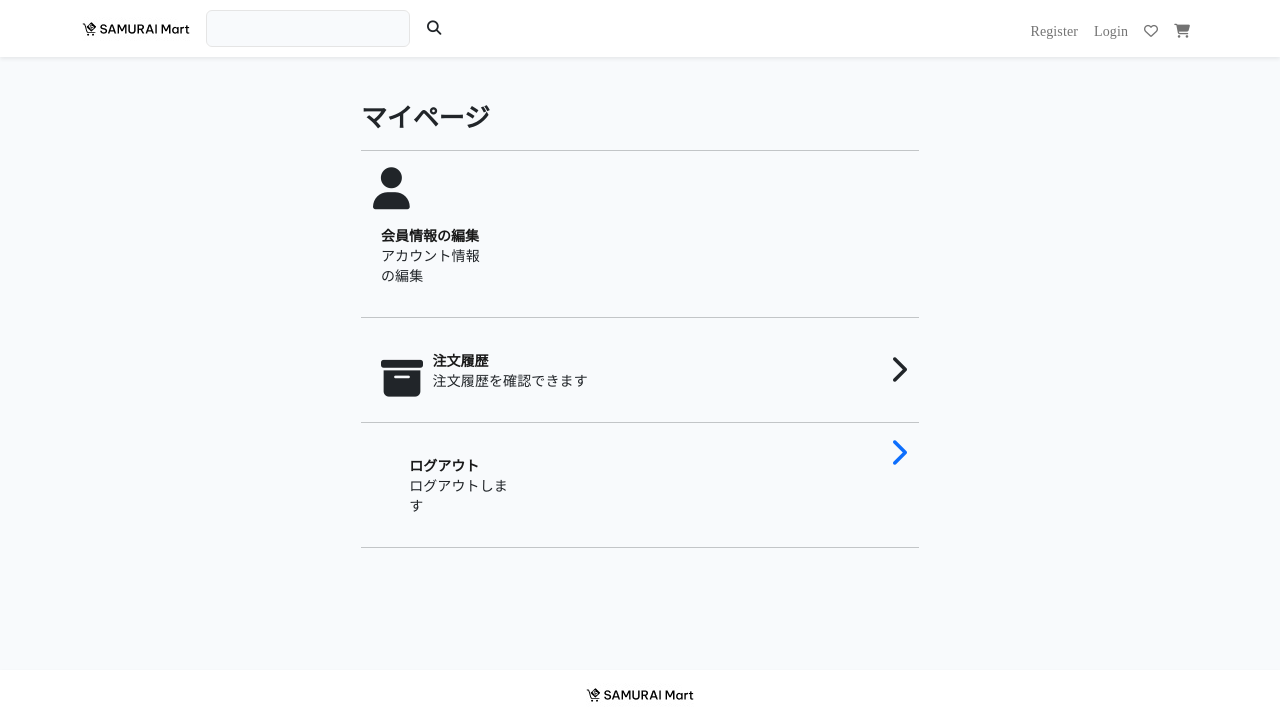
Repository: Satoshi514/laravel_samuraimart
Page: http://localhost/users/mypage
An editor plug-in stored every save of this project. The page is shown before and after the next save, followed by the edit.
The browser window is 1280 px wide. The pictures show the whole page.
Some icons come from a web library that is not loaded, so they are not drawn. Some web libraries are served in a nearby version. The page is served by the project's Laravel application, run on PHP 8.4 with Laravel 9. Other server files are loaded and not shown. Style sheets and scripts are compiled from the project's sources, by tool versions that may differ from the author's.

Above is the page before, as saved 2023-06-01 21:46:43.

### routes/web.php
<?php

use Illuminate\Support\Facades\Route;
use App\Http\Controllers\ProductController;
use App\Http\Controllers\UserController;
use App\Http\Controllers\ReviewController;

/*
|--------------------------------------------------------------------------
| Web Routes
|--------------------------------------------------------------------------
|
| Here is where you can register web routes for your application. These
| routes are loaded by the RouteServiceProvider within a group which
| contains the "web" middleware group. Now create something great!
|
*/

Route::get('/', function () {
    return view('welcome');
});

Route::controller(UserController::class)->group(function () {
    Route::get('users/mypage', 'mypage')->name('mypage');
    Route::get('users/mypage/edit', 'edit')->name('mypage.edit');
    Route::put('users/mypage', 'update')->name('mypage.update');
});

Route::post('reviews', [ReviewController::class, 'store'])->name('reviews.store');

Route::get('products/{product}/favorite', [ProductController::class, 'favorite'])->name('products.favorite');
Route::resource('products', ProductController::class)->middleware(['auth', 'verified']);
Auth::routes(['verify' => true]);

Route::get('/home', [App\Http\Controllers\HomeController::class, 'index'])->name('home');

### app/Http/Controllers/Usercontroller.php
<?php

namespace App\Http\Controllers;

use App\Models\User;
use Illuminate\Support\Facades\Auth;
use Illuminate\Http\Request;

class UserController extends Controller
{
    public function mypage() {
        $user = Auth::user();

        return view('users.mypage', compact('user'));
    }

    /**
     * Show the form for editing the specified resource.
     *
     * @param  \App\Models\User  $user
     * @return \Illuminate\Http\Response
     */
    public function edit(User $user)
    {
        $user = Auth::user();

        return view('users.edit', compact('user'));
    }

    /**
     * Update the specified resource in storage.
     *
     * @param  \Illuminate\Http\Request  $request
     * @param  \App\Models\User  $user
     * @return \Illuminate\Http\Response
     */
    public function update(Request $request, User $user)
    {
        $user = Auth::user();

        $user->name = $request->input('name') ? $request->input('name') : $user->name;
        $user->email = $request->input('email') ? $request->input('email') : $user->email;
        $user->postal_code = $request->input('postal_code') ? $request->input('postal_code') : $user->postal_code;
        $user->address = $request->input('address') ? $request->input('address') : $user->address;
        $user->phone = $request->input('phone') ? $request->input('phone') : $user->phone;
        $user->update();

        return to_route('mypage');
    }
}

### resources/views/users/mypage.blade.php
@extends('layouts.app')

@section('content')
<div class="container d-flex justify-content-center mt-3">
  <div class="w-50">
    <h1>マイページ</h1>

    <hr>

    <div class="container">
      <div class="d-flex justify-content-between">
        <div clss="row">
          <div class="col-2 d-flex align-items-center">
            <i class="fas fa-user fa-3x"></i>
          </div>
          <div class="col-9 d-flex align-items-center ms-2 mt-3">
            <div class="d-flex flex-column">
              <label for="user-name">会員情報の編集</label>
              <p>アカウント情報の編集</p>
            </div>
          </div>
        </div>
        <div class="d-flex align-items-center">
          <a href="{{ route('mypage.edit')}}">
            <i class="fas fa-chevon-right fa-2x"></i>
          </a>
        </div>
      </div>
    </div>

    <hr>

    <div class="container">
      <div class="d-flex justify-content-between">
        <div class="row">
          <div class="col-2 d-flex align-items-center ms-2 mt-3">
             <i class="fas fa-archive fa-3x"></i>
          </div>
          <div class="col-9 d-flex align-items-center ms-2 mt-3">
            <div class="d-flex flex-column">
               <label for="user-name">注文履歴</label>
               <p>注文履歴を確認できます</p>
            </div>
          </div>
        </div>
        <div class="d-flex align-items-center">
           <a herf="{{ route('mypage')}}">
             <i class="fas fa-chevron-right fa-2x"></i>
           </a>
         </div>
       </div>
     </div>

     <hr>

     <div class="container">
      <div class="d-flex justify-content-between">
        <div class="row">
          <div class="col-2 d-flex align-items-center">
            <i class="fas fa--sign-out-alt fa-3x"></i>
          </div>
          <div class="col-9 d-flex align-items-canter ms-2 mt-3">
            <div class="d-flex flex-column">
            <label for="user-name">ログアウト</label>
            <p>ログアウトします</p>
          </div>
        </div>
      </div>
      <div class="d-flex flex-column">
        <a href="{{ route('logout') }}" onclick="event.preventDefault(); document.getElementById('logout-form').submit();">
            <i class="fas fa-chevron-right fa-2x"></i>
        </a>

        <form id="logout-form" action"{{ route('logout') }}" method="POST" style="display: none;">
           @csrf
        </form>
      </div>
    </div>
  </div>

  <hr>
 </div>
</div>
@endsection

### resources/views/layouts/app.blade.php
<!doctype html>
<html lang="{{ str_replace('_', '-', app()->getLocale()) }}">
<head>
    <meta charset="utf-8">
    <meta name="viewport" content="width=device-width, initial-scale=1">

    <!-- CSRF Token -->
    <meta name="csrf-token" content="{{ csrf_token() }}">

    <title>{{ config('app.name', 'Laravel') }}</title>

    <!-- Fonts -->
    <link rel="dns-prefetch" href="//fonts.bunny.net">
    <link href="https://fonts.bunny.net/css?family=Nunito" rel="stylesheet">

    <!-- Scripts -->
    @vite(['resources/sass/app.scss', 'resources/js/app.js'])
     <script src="https://kit.fontawesome.com/a29041c296.js" crossorigin="anonymous"></script>
    <!-- Styles -->
    <link href="{{ asset('css/samuraimart.css') }}" rel="stylesheet">
</head>
<body>
    <div id="app">
        @component('components.header')
        @endcomponent

        <main class="py-4 mb-5">
            @yield('content')
        </main>

        @component('components.footer')
        @endcomponent
    </div>
</body>
</html>

### resources/views/components/header.blade.php
<nav class="navbar navbar-expand-md navbar-light shadow-sm samuraimart-header-container">
  <div class="container">
    <a class="navbar-brand" href="{{ url('/') }}">
      <img src="{{asset('img/logo.jpg')}}">
    </a>
    <form class="row g-1">
      <div class="col-auto">
        <input class="form-control samuraimart-header-search-input">
      </div>
      <div class="col-auto">
        <button type="submit" class="btn samuraimart-header-search-button"><i class="fas fa-search samuraimart-header-search-icon"></i></button>
      </div>
    </form>
    <button class="navbar-toggler" type="button" data-bs-toggle="collapse" data-bs-target="#navbarSupportedContent" aria-controls="navbarSupportedContent" aria-expanded="false" aria-label="{{ __('Toggle navigation') }}">
      <span class="navbar-toggler-icon"></span>
    </button>

    <div class="collpase navbar-collapse" id="navbarSupportedContent">
      <!-- Right Side Of Navbar -->
      <ul class="navbar-nav ms-auto mr-5 mt-2">
        <!-- Authentication Links -->
        @guest
        <li class="nav-item mr-5">
          <a class="nav-link" href="{{ route('register') }}">{{ __('Register') }}</a>
        </li>
        <li class="nav-item mr-5">
          <a class="nav-link" href="{{ route('login') }}">{{ __('Login') }}</a>
        </li>
        <hr>
        <li class="nav-item mr-5">
          <a class="nav-link" href="{{ route('login') }}"><i class="far fa-heart"></i></a>
        </li>
        <li class="nav-item mr-5">
          <a class="nav-link" href="{{ route('login') }}"><i class="fas fa-shopping-cart"></i></a>
        </li>
        @else
        <li class="nav-item mr-5">
          <a href="{{ route('logout') }}" onclick="event.preventDefault(); document.getElementById('logout-form').submit();">
            ログアウト
          </a>

          <form id="logout-form" action="{{ route('logout') }}" method="POST" style="display: none;">
          @csrf
          </form>
        </li>
        @endguest
      </ul>
    </div>
  </div>
</nav>

### resources/views/components/footer.blade.php
<nav class="navbar navbar-expand-md navbar-light bg-white shadow-sm fixed-bottom mt-5">
  <a class="navbar-brand mx-auto" href="{{ url('/') }}">
    <img src="{{asset('img/logo.jpg')}}" class="img-fluid">
  </a>
</nav>

### public/css/samuraimart.css
@font-face {
  font-family: YuGo;
  src: local(YuGo-Medium),
  url(/path/to/YuGo/Medium.woffz) format("woff2"),
  url(/path/to/YuGo-Medium.woff) format("woff"),
  url(/path/to/YuGo-Medium.ttf) format("truetype");
  font-weight: 500;
  font-style: normal;
  font-stretch: normal;
}

@font-face {
  font-family: YuGo;
  src: local(YuGo-Bold),
  url(/psth/to/YuGo-Bold.woff2) format("woff2"),
  url(/path/to/YuGo-Bold.woff) format("woff"),
  url(/path/to/YuGo-Bold.ttf) format("truetype");
  font-weight: bold;
  font-style: normal;
  font-stretch: normal;
}

h1 {
  font-family: YuGo;
  font-size: 26px;
  font-weight: bold;
  font-stretch: normal;
  font-style: normal;
  line-height: normal;
  letter-spacing: -0.13px;
}

h2 {
  font-family: YuGo;
  font-size: 22px;
  font-weight: bold;
  font-stretch: normal;
  font-style: normal;
  line-height: normal;
  letter-spacing: normal;
}

h3 {
  font-family: YuGo;
  font-size: 18px;
  font-weight: bold;
  font-stretch: normal;
  font-style: normal;
  line-height: normal;
  letter-spacing: 0.08px;
  }

big {
  font-family: Yugo;
  font-size: 16px;
  font-weight: 500;
  font-stretch: normal;
  font-style: normal;
  line-height: normal;
  letter-spacing: 0.08px;
}

body {
  font-family: Yugo;
  font-size: 14px;
  font-weight: 500;
  font-weight: normal;
  font-style: normal;
  line-height: normal;
  letter-spacing: 0.11px;
}

caption {
  font-family: YuGo;
  font-size: 12px;
  font-weight: 500;
  font-stretch: normal;
  font-style: normal;
  line-height: normal;
  letter-spacing: 0.08px;
}

label {
  font-family: YuGo;
  font-size: 14px;
  font-weight: bold;
  font-stretch: normal;
  font-style: normal;
  line-height: normal;
  letter-spacing: normal;
  color: #191919;
}

.samuraimart-login-input {
  border-radius: 2px;
  border: solid 1px #b2b2b2;
  background-color: #ffffff;
}

.samuraimart-check-label {
  font-family: YuGo;
  font-size: 12px;
  font-weight: 500;
  font-stretch: normal;
  font-style: normal;
  line-height: normal;
  letter-spacing: normal;
  color: #000000;
}

.samuraimart-require-input-label {
  border-radius: 1px;
  background-color: #e2001b;
}

.samuraimart-require-input-label-text {
  font-family: YuGo;
  font-size: 14px;
  font-weight: 500;
  font-stretch: normal;
  font-style: normal;
  line-height: normal;
  letter-spacing: normal;
  color: #ffffff;
}

.samuraimart-submit-button {
  font-family: YuGo;
  font-size: 14px;
  font-weight: bold;
  font-stretch: normal;
  font-style: normal;
  line-height: normal;
  letter-spacing: normal;
  color: #ffffff;
  background-color: #0fbe9f;
}

.samuraimart-login-text {
  font-family: YuGo;
  font-size: 14px;
  font-weight: bold;
  font-stretch: normal;
  font-style: normal;
  line-height: normal;
  letter-spacing: normal;
  color: #0fbe9f;
}

.samuraimart-header-container {
  box-shadow: 0 1px 1px 0 rgba(0, 0, 0, 0.1);
  background-color: #ffffff;
}

.samuraimart-header-search-input {
  border: solid 1px #e5e5e5;
}

.samuraimart-header-serch-button {
  background-color: #0fbe9f;
}

.samuraimart-header-fav-icon {
  color: #191919;
}

.samuraimart-header-shoppingcart-icon {
  color: #ffffff;
}

.samuraimart-favorite-button {
  border-radius: 2px;
  border: solid 1px #0fbe9f;
  background-color: #ffffff;
}

.text-favorite {
  color: #0fbe9f;
}

.samuraimart-sidebar-category-label {
  width: 156px;
  height: 20px;
  font-family: YuGo;
  font-size: 13px;
  font-weight: 500;
  font-stretch: normal;
  font-style: normal;
  line-height: normal;
  letter-spacing: #191919;
}

Loaded but not shown: app/Providers/AppServiceProvider.php (common file); app/Http/Controllers/Auth/ConfirmPasswordController.php (common file); app/Http/Controllers/Controller.php (common file); resources/sass/app.scss (common file); resources/sass/_variables.scss (common file)

After the next save:
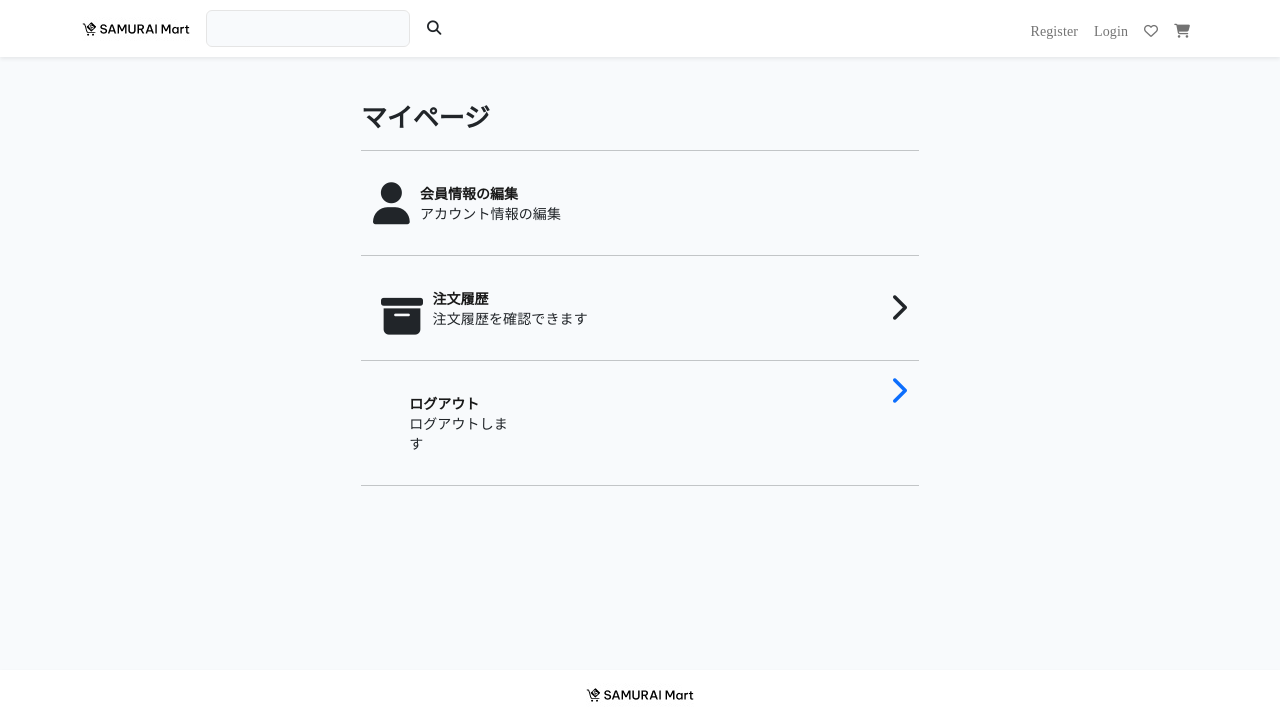
Saved 3 min 11 s later.
--- a/resources/views/users/mypage.blade.php
+++ b/resources/views/users/mypage.blade.php
@@ -9,7 +9,7 @@
 
     <div class="container">
       <div class="d-flex justify-content-between">
-        <div clss="row">
+        <div class="row">
           <div class="col-2 d-flex align-items-center">
             <i class="fas fa-user fa-3x"></i>
           </div>
